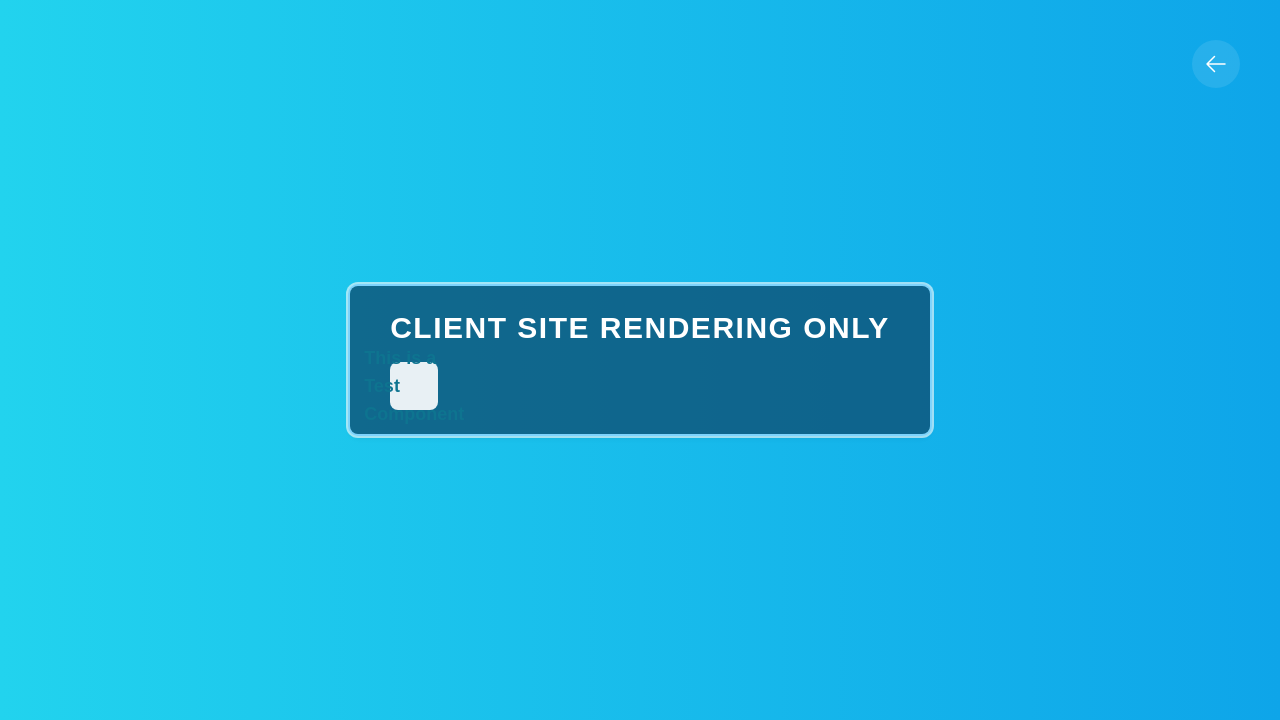
Repository: Marcus20119/Study_nextjs
Page: /CSR/CSROnly
These files come from the project's save history. The page is drawn as it stood at one moment and after the next save; the edit follows.
The browser window is 1280 px wide. The pictures show the whole page.
The project was rebuilt for these pictures with package versions that can differ from the ones it lists, and the page was loaded fresh each time. The framework's server and built-in components were replaced by stand-ins that run in the browser. Also part of the build but not shown: next.config.js.

Above is the page before, as saved 2023-04-06 13:27:19.

After the next save:
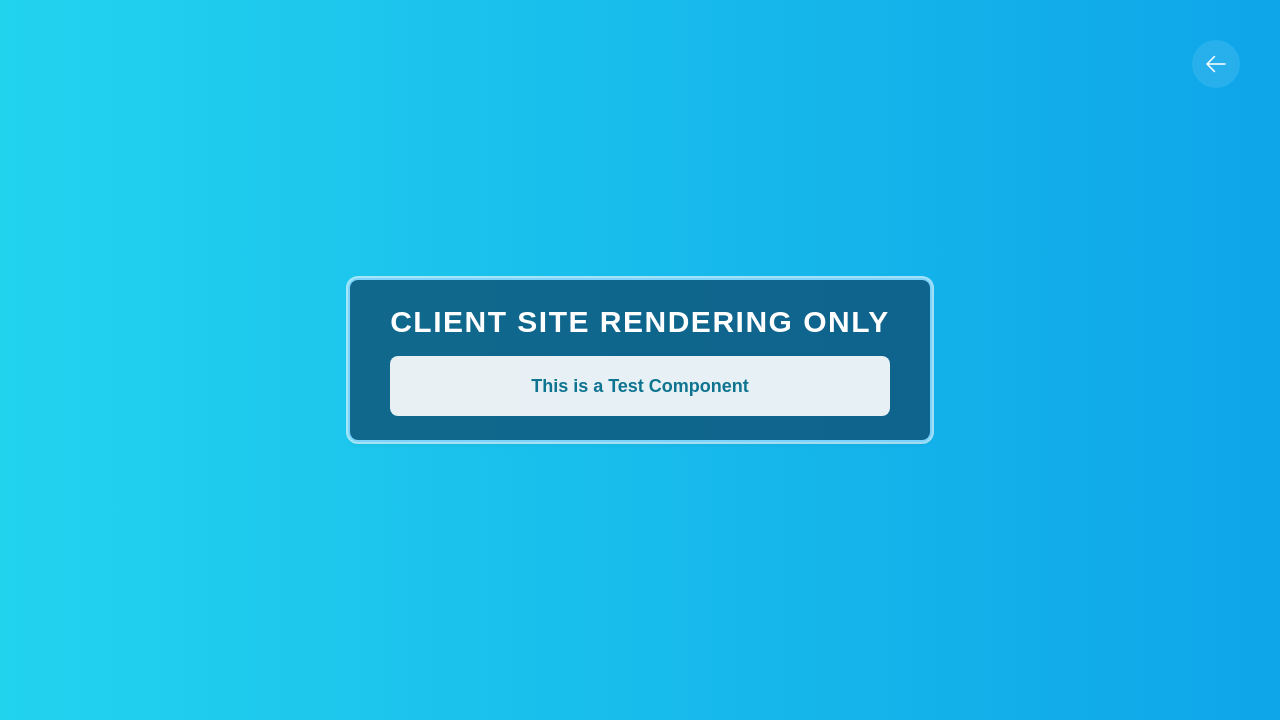
Saved 23 s later.
--- a/components/TestComponent.tsx
+++ b/components/TestComponent.tsx
@@ -2,7 +2,7 @@ interface ITestComponent {}
 
 const TestComponent: React.FC<ITestComponent> = ({}) => {
   return (
-    <div className="flex justify-center items-center rounded-lg w-12 h-12 text-lg font-bold bg-white/90 text-cyan-700">
+    <div className="flex justify-center items-center rounded-lg py-4 px-3 text-lg font-bold bg-white/90 text-cyan-700">
       This is a Test Component
     </div>
   );
